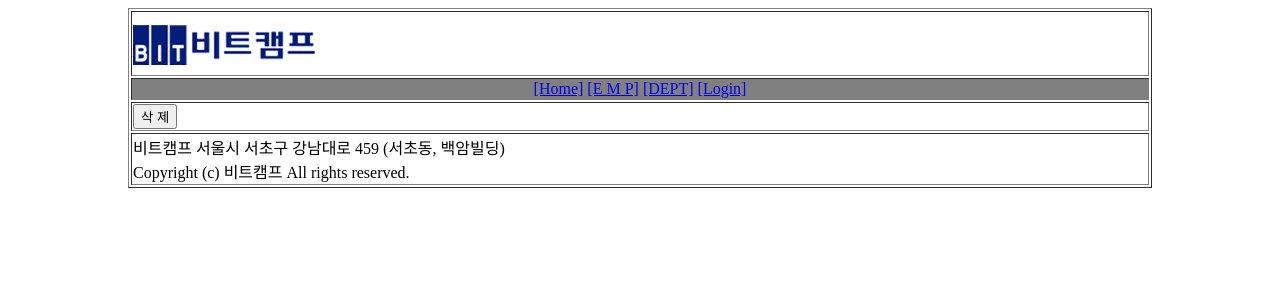
Repository: Lee-seongBeom/bitclass
Page: http://localhost/web06/delete.jsp
The author's editor kept a copy of each file at every save. The page is drawn from the files as they stood at one save, then again after the next save.
The browser window is 1280 px wide. The pictures show the whole page.
The page is served by Tomcat 9.

Above is the page before, as saved 2020-07-06 08:20:46.

### web/web06/WebContent/delete.jsp
<%@ page language="java" contentType="text/html; charset=EUC-KR"
    pageEncoding="EUC-KR"%>
<!DOCTYPE html PUBLIC "-//W3C//DTD HTML 4.01 Transitional//EN" "http://www.w3.org/TR/html4/loose.dtd">
<html>
<head>
<meta http-equiv="Content-Type" content="text/html; charset=EUC-KR">
<title>Insert title here</title>
</head>
<body>
	<table border="1" width="1024" align="center">
		<tr>
			<td>
				<img src="img/logo.png">
			</td>
		</tr>
		<tr>
			<td bgcolor="gray" align="center">
				<a href="./">[Home]</a>
				<a href="/web06/list.jsp">[E M P]</a>
				<a href="#">[DEPT]</a>
				<a href="#">[Login]</a>
			</td>
		</tr>
		<tr>
			<td>
			<!--content start  -->
			<!--POST -->
			<!--GET  -->
			<form method="post">
				<input type="hidden" name="sabun">
				<input type="submit" value="삭 제">
			</form>
			<!--content end -->
			</td>
		</tr>
		<tr>
			<td>비트캠프 서울시 서초구 강남대로 459 (서초동, 백암빌딩)<br>
				Copyright (c) 비트캠프 All rights reserved.
			</td>
		</tr>
	</table>
</body>
</html>

After the next save:
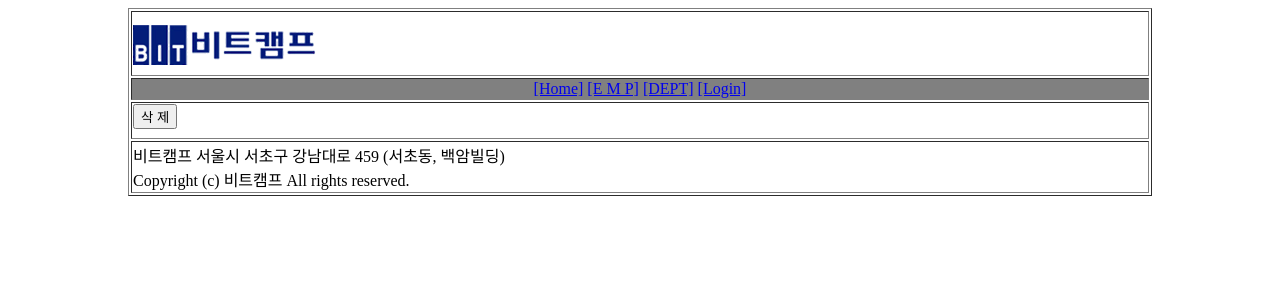
Saved 46 s later.
--- a/web/web06/WebContent/delete.jsp
+++ b/web/web06/WebContent/delete.jsp
@@ -25,11 +25,21 @@
 			<td>
 			<!--content start  -->
 			<!--POST -->
+
 			<!--GET  -->
-			<form method="post">
-				<input type="hidden" name="sabun">
-				<input type="submit" value="삭 제">
-			</form>
+			<table>
+				<tr>
+					<td></td>
+					<td></td>
+				</tr>
+				<tr>
+							<form method="post">
+								<input type="hidden" name="sabun">
+								<input type="submit" value="삭 제">
+							</form>
+
+				</tr>
+			</table>
 			<!--content end -->
 			</td>
 		</tr>
